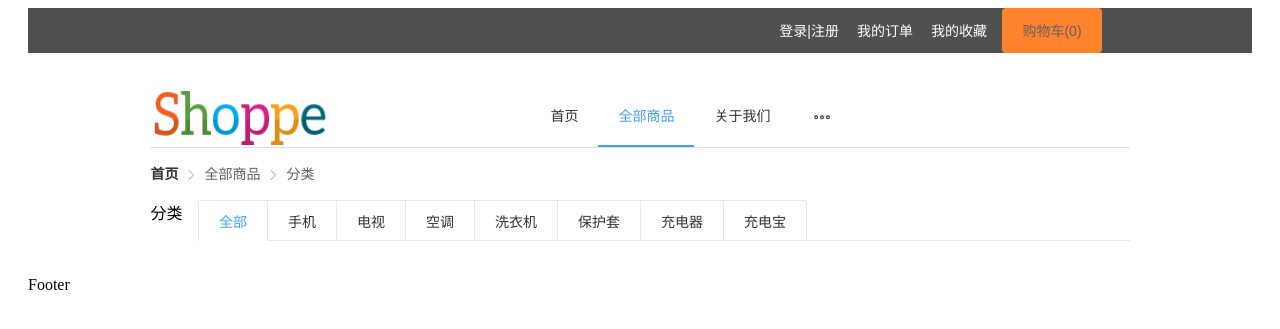
Repository: zhenghaochang/---
Page: /#/allGoods (app in xiaomi/)
The author's editor kept a copy of each file at every save. The page is drawn from the files as they stood at one save, then again after a run of saves.
The browser window is 1280 px wide. The pictures show the whole page.
The project was rebuilt for these pictures with package versions that can differ from the ones it lists, and the page was loaded fresh each time. Also part of the build but not shown: xiaomi/vite.config.js.

Above is the page before, as saved 2025-08-01 15:22:57.

After the next 2 saves:
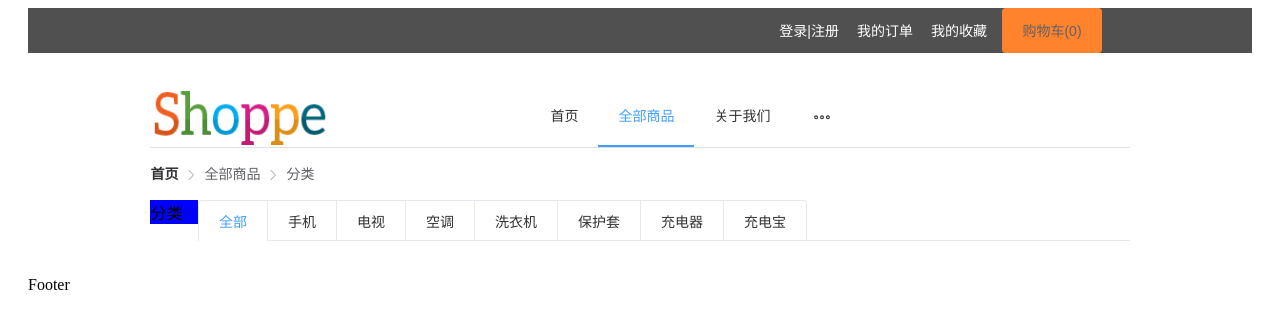
The 2 saves are shown as one change because they came seconds apart.
The last was saved 14 s later.
--- a/xiaomi/src/view/allGoods.vue
+++ b/xiaomi/src/view/allGoods.vue
@@ -21,7 +21,7 @@ const activeName = ref('0')
         <br>
         <!-- 分类标签 -->
         <div style="width:80%;display:flex;">
-            <div style="width:50px;height:100%;display:flex;align-items:center">分类</div>
+            <div style="background:blue;width:50px;height:100%;display:flex;align-items:center">分类</div>
             <el-tabs
                 v-model="activeName"
                 type="card"
